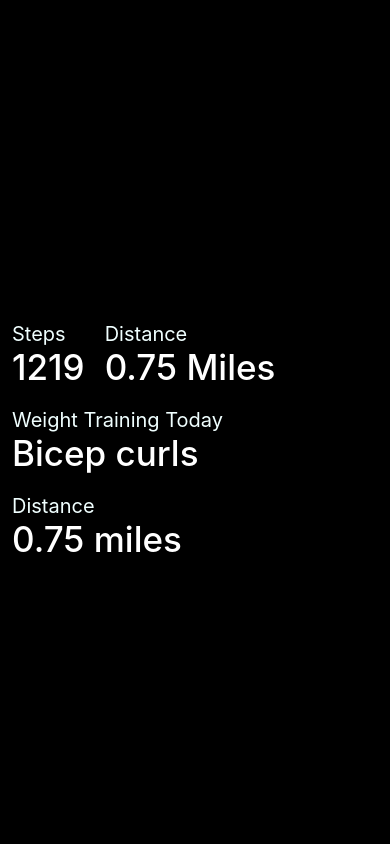
Repository: JamesPesenti/JiMTracker
Screen: /
These files come from the project's save history. The screen is drawn as it stood at one moment and after the next save; the edit follows.
The app was drawn by React Native's web renderer in a window 390 px wide. The project was rebuilt for these pictures with package versions that can differ from the ones it lists, and the page was loaded fresh each time.

Above is the screen before, as saved 2023-06-16 12:28:23.

### App.tsx
import { StatusBar } from 'expo-status-bar';
import { StyleSheet, Text, View } from 'react-native';

type ValueProps = {
  label: string;
  value: string;
}

const Value = ({ label, value }: ValueProps) => {
  return (
    <>
     <View>
      <Text style={styles.label}>{label}</Text>
      <Text style={styles.amount}>{value}</Text>
     </View>
    </>
  )
}


export default function App() {
  return (
    <View style={styles.container}>
      <Text>JIMtracker</Text>
       <View style={{flexDirection: "row", gap: 20}}>
          <Value label="Steps" value="1219" />
          <Value label="Distance" value="0.75 Miles" />
       </View>
          {/* Training */}
           <View>
              <Text style={styles.label}>Weight Training Today</Text>
              <Text style={styles.amount}>Bicep curls</Text>
           </View>

        <View style={{flexDirection: 'row'}}>
          {/* Distance */}
          <View>
              <Text style={styles.label}>Distance</Text>
              <Text style={styles.amount}>0.75 miles</Text>
          </View>
        </View>
      <StatusBar style="auto" />
    </View>
  );
}

const styles = StyleSheet.create({
  container: {
    flex: 1,
    backgroundColor: 'black',
    justifyContent: 'center',
    padding: 12,
    marginHorizontal: 0,
    gap: 55,
    rowGap: 20
  },
  label: {
    color: "azure",
    fontSize: 20,
  },
  amount: {
    color: "white",
    fontSize: 35,
    fontWeight: "500"
  }
});

After the next save:
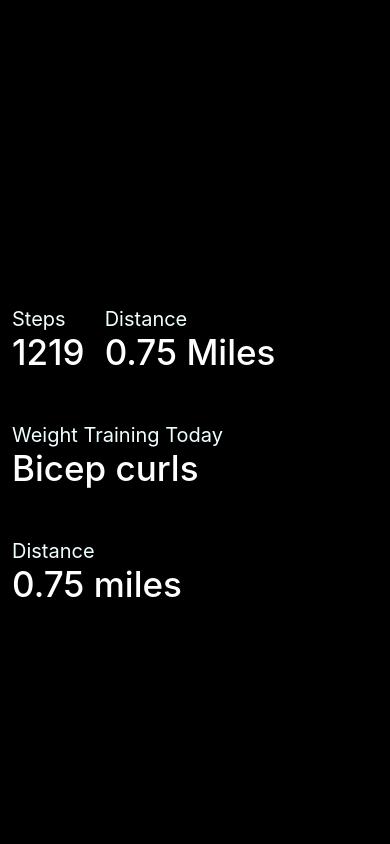
Saved 4 s later.
--- a/App.tsx
+++ b/App.tsx
@@ -52,7 +52,7 @@ const styles = StyleSheet.create({
     padding: 12,
     marginHorizontal: 0,
     gap: 55,
-    rowGap: 20
+    rowGap: 50
   },
   label: {
     color: "azure",
